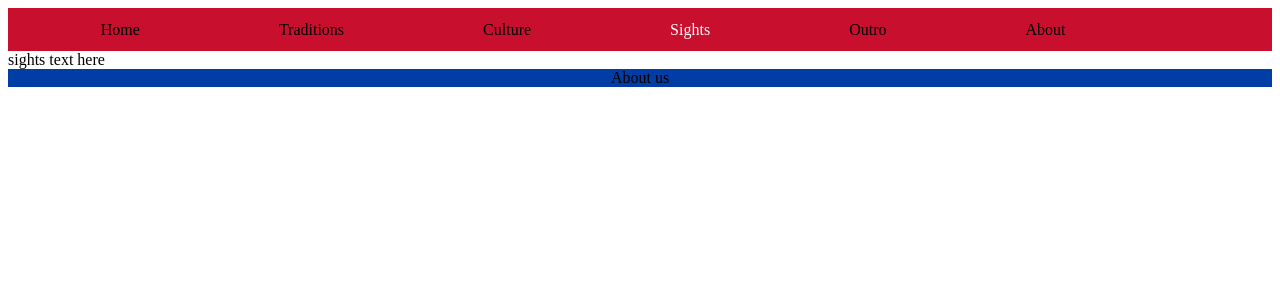
Repository: Cornman63/The-netherlands
Page: sights.html
The author's editor kept a copy of each file at every save. The page is drawn from the files as they stood at one save, then again after the next save.
The browser window is 1280 px wide. The pictures show the whole page.

Above is the page before, as saved 2023-05-23 09:54:49.

After the next save:
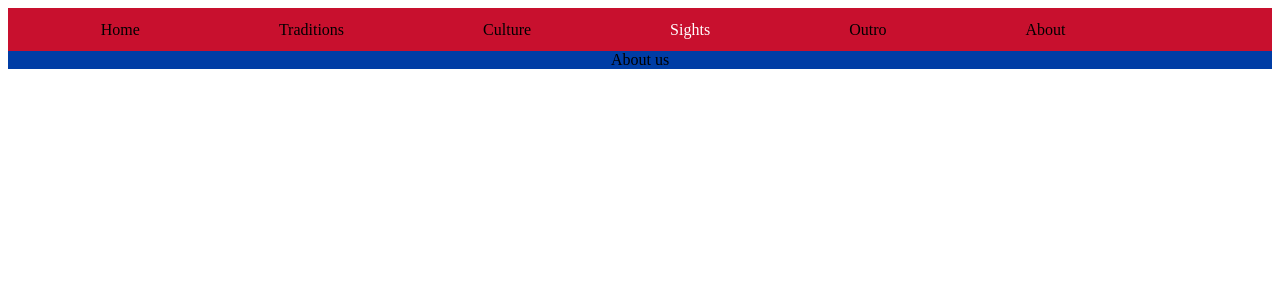
Saved 2 min 43 s later.
--- a/sights.html
+++ b/sights.html
@@ -18,7 +18,7 @@
         <div class="site"><a href="about.html" style="color:black" class="link">About</a></div>
     </div>
     <div class="text">
-        sights text here
+
     </div>
     <div class="bottom">
         About us
